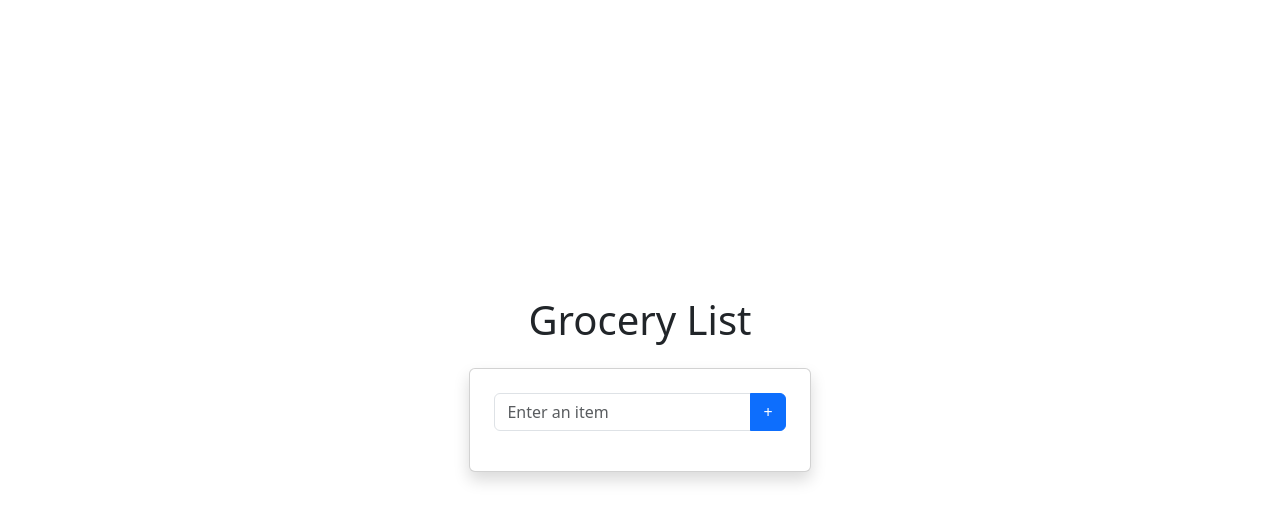
Repository: JuliaW05/CS491
Page: / (app in GroceryList/)
The author's editor kept a copy of each file at every save. The page is drawn from the files as they stood at one save, then again after a run of saves.
The browser window is 1280 px wide. The pictures show the whole page.
The project was rebuilt for these pictures with package versions that can differ from the ones it lists, and the page was loaded fresh each time. Also part of the build but not shown: GroceryList/vite.config.js.

Above is the page before, as saved 2026-03-04 23:43:30.

### GroceryList/index.html
<!doctype html>
<html lang="en">
  <head>
    <meta charset="UTF-8" />
    <link rel="icon" type="image/svg+xml" href="/vite.svg" />
    <meta name="viewport" content="width=device-width, initial-scale=1.0" />
    <title>grocery-list</title>
  </head>
  <body>
    <div id="root"></div>
    <script type="module" src="/src/main.jsx"></script>
  </body>
</html>

### GroceryList/src/App.jsx
import { useState } from "react";
import "./App.css";
import "bootstrap/dist/css/bootstrap.min.css";
import GroceryList from "./GroceryList";

function App() {
  return (
    <>
      <div className="container text-center mt-5">
        <h1 className="mb-4">Grocery List</h1>
        <GroceryList></GroceryList>
      </div>
    </>
  );
}

export default App;

### GroceryList/src/GroceryList.jsx
import "./App.css";
import { useState } from "react";

const GroceryList = () => {
  const [list, setList] = useState([]);
  const [item, setItem] = useState("");

  const addItem = () => {
    setList([...list, item]);
    setItem("");
  };

  return (
    <div className="card p-4 shadow">
      <div className="input-group mb-3">
        <input
          type="text"
          className="form-control"
          placeholder="Enter an item"
          value={item}
          onChange={(e) => setItem(e.target.value)}
        />
        <button className="btn btn-primary" onClick={addItem}>
          +
        </button>
      </div>
      <div>
        <ul className="list-group">
          {" "}
          {list.map((i, index) => (
            <li className="list-group-item" key={index}>
              {i}
            </li>
          ))}
        </ul>
      </div>
    </div>
  );
};

export default GroceryList;

Loaded but not shown: GroceryList/src/main.jsx (common file); GroceryList/src/index.css (common file); GroceryList/src/App.css (common file)

After the next 2 saves:
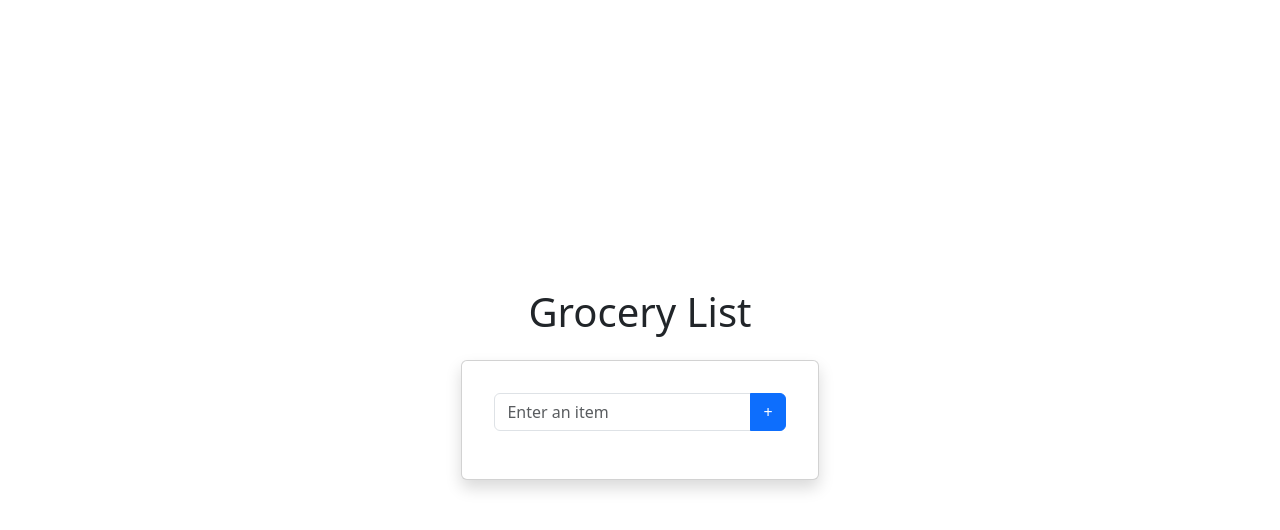
The 2 saves are shown as one change because they came seconds apart.
The last was saved 2 min 44 s later.
--- a/GroceryList/src/GroceryList.jsx
+++ b/GroceryList/src/GroceryList.jsx
@@ -11,7 +11,7 @@ const GroceryList = () => {
   };
 
   return (
-    <div className="card p-4 shadow">
+    <div className="card p-6 shadow">
       <div className="input-group mb-3">
         <input
           type="text"
